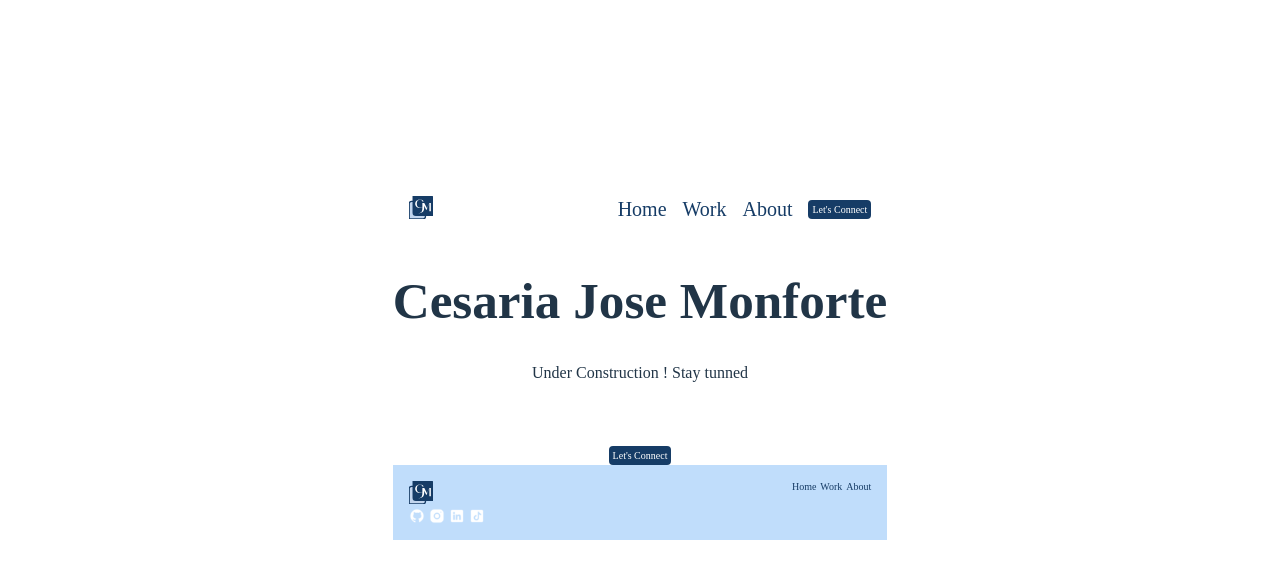
Repository: CesariaMonforte/cesariamonforte
Page: /
The author's editor kept a copy of each file at every save. The page is drawn from the files as they stood at one save, then again after the next save.
The browser window is 1280 px wide. The pictures show the whole page.
The project was rebuilt for these pictures with package versions that can differ from the ones it lists, and the page was loaded fresh each time. Also part of the build but not shown: vite.config.js.

Above is the page before, as saved 2026-01-25 14:25:32.

### index.html
<!doctype html>
<html lang="en">
  <head>
    <meta charset="UTF-8" />
    <link rel="icon" type="image/svg+xml" href="/Logo.svg" />
    <meta name="viewport" content="width=device-width, initial-scale=1.0" />
    <title>cesariamonforte</title>
  </head>
  <body>
    <div id="root"></div>
    <script type="module" src="/src/main.jsx"></script>
  </body>
</html>

### src/index.css
a {
    font-weight: 500;
    color: #163c66;
    text-decoration: inherit;
}
a:hover {
    color: #535bf2;
}

body {
    margin: 0;
    display: flex;
    place-items: center;
    min-width: 320px;
    min-height: 100vh;
}

h1 {
    font-size: 3.2em;
    line-height: 1.1;
}

button {
    border-radius: 8px;
    border: 1px solid transparent;
    padding: 0.6em 1.2em;
    font-size: 1em;
    font-weight: 500;
    font-family: inherit;
    background-color: #1a1a1a;
    cursor: pointer;
    transition: border-color 0.25s;
}
button:hover {
    border-color: #646cff;
}
button:focus,
button:focus-visible {
    outline: 4px auto -webkit-focus-ring-color;
}

@media (prefers-color-scheme: light) {
    :root {
        color: #213547;
        background-color: #ffffff;
    }
    a:hover {
        color: #747bff;
    }
    button {
        background-color: #f9f9f9;
    }
}

/* ------------------------------------------------------ VARIABLES ------------------------------------------------------ */
:root {
    /* ----- COLORS ----- */
    --primary-50: #ebf4fe;
    --primary-100: #c0ddfb;
    --primary-200: #a2ccf9;
    --primary-300: #78b5f7;
    --primary-400: #5da6f5;
    --primary-500: #3590f3;
    --primary-600: #3083dd;
    --primary-700: #2666ad;
    --primary-800: #1d4f86;
    --primary-900: #163c66;

    --secondary-500: #aadc66;
    --secondary-100: #e5f4d0;
    --secondary-700: #799c48;
    /* -- neutral colors -- */

    --bege-500: #fdf7eb;
    --white: #ffffff;
    --black-500: #060606;
    --black-400: #383838;
    --black-300: #585858;
    --black-200: #8c8c8c;
    --black-100: #b2b2b2;
    --black-50: #e6e6e6;

    /* -- warn colors -- */

    --yellow-500: #ffbf00;
    --orange-500: #ff6600;
    --red-500: #ff2f3d;

    /* ----- TYPE ----- */
    --font-family: "Bricolage Grotesque", sans-serif;

    --font-size-extra-large: 88px;
    --font-size-large: 30px;
    --font-size-extra-medium: 24px;
    --font-size-medium: 20px;
    --font-size-regular: 16px;
    --font-size-small: 12px;
    --font-size-extra-small: 10px;

    --font-style-normal: normal;
    --font-weight-bold: bold;

    --line-height-xxlarge: 100px;
    --line-height-large: 36px;
    --line-height-medium: 28px;
    --line-height-small: 20px;

    /* ----- SPACING ----- */
    --space-extra-small: 4px;
    --space-small: 8px;
    --space-regular: 16px;
    --space-medium: 32px;
    --space-large: 48px;
    --space-extra-large: 140px;
}

### src/App.jsx
import { useState } from "react";
import "./App.css";

import NavBar from "./_ui/NavBar/NavBar";
import Footer from "./_ui/Footer/Footer";
import ConnectBanner from "./_ui/ConnectBanner/ConnectBanner";

import RegButton from "./_ui/RegButton/RegButton";

function App() {
    function handleConnect() {}

    return (
        <div>
            <NavBar />

            <div>
                <h1>Cesaria Jose Monforte</h1>
                <p>Under Construction ! Stay tunned</p>
            </div>

            <ConnectBanner />
            <Footer />
        </div>
    );
}

export default App;

### src/_ui/NavBar/NavBar.jsx
import styles from "./NavBar.module.css";

import RegButton from "../RegButton/RegButton";

function NavBar({}) {
    return (
        <div className={styles.navbar}>
            <div>
                <img
                    src='/Logo.svg'
                    alt='logo'
                    className={styles.logo}
                />
            </div>

            <div className={styles.navLinks}>
                <a href='/'>Home</a>
                <a href='/'>Work</a>
                <a href='/'>About</a>
                <RegButton button_text={"Let's Connect"} />
            </div>
        </div>
    );
}
export default NavBar;

### src/_ui/Footer/Footer.jsx
import styles from "./Footer.module.css";

function Footer({}) {
    return (
        <div className={styles.footer_container}>
            <div className={styles.container_logo_connection}>
                <img
                    src='/Logo.svg'
                    alt='logo'
                    className={styles.logo}
                />
                <div className={styles.connection_links}>
                    <img
                        src='/GitHub.svg'
                        alt='logo'
                        className={styles.connection}
                    />
                    <img
                        src='/Instagram.svg'
                        alt='logo'
                        className={styles.connection}
                    />
                    <img
                        src='/LinkedIn.svg'
                        alt='logo'
                        className={styles.connection}
                    />
                    <img
                        src='/TikTok.svg'
                        alt='logo'
                        className={styles.connection}
                    />
                </div>
            </div>

            <div className={styles.navLinks}>
                <a href='/'>Home</a>
                <a href='/'>Work</a>
                <a href='/'>About</a>
            </div>
        </div>
    );
}
export default Footer;

### src/_ui/ConnectBanner/ConnectBanner.jsx
import styles from "./ConnectBanner.module.css";

import RegButton from "../RegButton/RegButton";

function ConnectBanner() {
    return (
        <div className={styles.banner_container}>
            <h1 className={styles.banner_text}>
                Let’s build meaningful work together
            </h1>
            <RegButton button_text="Let's Connect" />
        </div>
    );
}

export default ConnectBanner;

### src/_ui/RegButton/RegButton.jsx
import styles from "./RegButton.module.css";

function RegButton({ button_text, onclick }) {
    return (
        <>
            <div
                onClick={onclick}
                className={styles.button_reg}>
                {button_text}
            </div>
        </>
    );
}

export default RegButton;

### src/_ui/NavBar/NavBar.module.css
/* Extra small devices  */
@media (min-width: 200px) {
    .navbar {
        display: flex;
        flex-direction: row;
        justify-content: space-between;
        align-items: center;
        padding: 1rem;
        background-color: var(--white);
    }
    .navLinks {
        display: flex;
        flex-direction: row;
        justify-content: space-between;
        align-items: center;
        color: var(--primary-900);
        gap: 1rem;
        font-size: var(--font-size-extra-small);
    }
    .logo {
        width: 24px;
        height: auto;
    }
}

/* Regular iphone and tablet */

@media (min-width: 600px) {
    .navbar {
        display: flex;
        flex-direction: row;
        justify-content: space-between;
        align-items: center;
        padding: 1rem;
        background-color: var(--white);
    }
    .navLinks {
        display: flex;
        flex-direction: row;
        justify-content: space-between;
        align-items: center;
        color: var(--primary-900);
        gap: 1rem;
        font-size: var(--font-size-small);
    }
    .logo {
        width: 24px;
        height: auto;
    }
}

/* Laptops Desktop Devices */
@media (min-width: 900px) {
    .navbar {
        display: flex;
        flex-direction: row;
        justify-content: space-between;
        align-items: center;
        padding: 1rem;
        background-color: var(--white);
    }
    .navLinks {
        display: flex;
        flex-direction: row;
        justify-content: space-between;
        align-items: center;
        color: var(--primary-900);
        gap: 1rem;
        font-size: var(--font-size-medium);
    }
    .logo {
        width: 24px;
        height: auto;
    }
}

/* Extra large Desktop Devices */
@media (min-width: 1300) {
    .navbar {
        display: flex;
        flex-direction: row;
        justify-content: space-between;
        align-items: center;
        padding: 1rem;
        background-color: var(--white);
    }
    .navLinks {
        display: flex;
        flex-direction: row;
        justify-content: space-between;
        align-items: center;
        color: var(--primary-900);
        gap: 1rem;
        font-size: var(--font-size-medium);
    }
    .logo {
        width: 24px;
        height: auto;
    }
}

### src/_ui/Footer/Footer.module.css
/* Extra small devices  */
@media (min-width: 200px) {
    .footer_container {
        display: flex;
        flex-direction: row;

        align-items: flex-start;
        justify-content: space-between;
        padding: 1rem;
        background-color: var(--primary-100);
    }
    .navLinks {
        display: flex;
        flex-direction: row;
        gap: var(--space-extra-small);
        align-items: flex-end;
        color: var(--primary-900);
        font-size: var(--font-size-extra-small);
    }
    .logo {
        width: 24px;
        height: auto;
    }

    .container_logo_connection {
        display: flex;
        flex-direction: column;
        align-items: flex-start;
        gap: var(--space-extra-small);
    }

    .connection_links {
        display: flex;
        flex-direction: row;
        gap: var(--space-extra-small);
    }
    .connection {
        width: 16px;
        height: auto;
    }
}

/* Regular iphone and tablet */

@media (min-width: 600px) {
    .footer_container {
        display: flex;
        flex-direction: row;
        justify-content: space-between;
        align-items: flex-start;
        padding: 1rem;
        background-color: var(--primary-100);
    }
    .navLinks {
        display: flex;
        flex-direction: row;
        gap: var(--space-extra-small);
        align-items: flex-end;
        color: var(--primary-900);
        font-size: var(--font-size-extra-small);
    }
    .logo {
        width: 24px;
        height: auto;
    }

    .container_logo_connection {
        display: flex;
        flex-direction: column;
        align-items: flex-start;
        gap: var(--space-extra-small);
    }

    .connection_links {
        display: flex;
        flex-direction: row;
        gap: var(--space-extra-small);
    }
    .connection {
        width: 16px;
        height: auto;
    }
}

/* Laptops Desktop Devices */
@media (min-width: 900px) {
    .footer_container {
        display: flex;
        justify-content: space-between;
        flex-direction: row;
        align-items: flex-start;
        padding: 1rem;
        background-color: var(--primary-100);
    }
    .navLinks {
        display: flex;
        flex-direction: row;
        gap: var(--space-extra-small);
        align-items: flex-end;
        color: var(--primary-900);
        font-size: var(--font-size-extra-small);
    }
    .logo {
        width: 24px;
        height: auto;
    }

    .container_logo_connection {
        display: flex;
        flex-direction: column;
        align-items: flex-start;
        gap: var(--space-extra-small);
    }

    .connection_links {
        display: flex;
        flex-direction: row;
        gap: var(--space-extra-small);
    }
    .connection {
        width: 16px;
        height: auto;
    }
}

/* Extra large Desktop Devices */
@media (min-width: 1300) {
    .navbar {
        display: flex;
        flex-direction: row;
        justify-content: space-between;
        align-items: center;
        padding: 1rem;
        background-color: var(--white);
    }
    .navLinks {
        display: flex;
        flex-direction: row;
        justify-content: space-between;
        align-items: center;
        color: var(--primary-900);
        gap: 1rem;
        font-size: var(--font-size-medium);
    }
    .logo {
        width: 24px;
        height: auto;
    }
}

### src/_ui/ConnectBanner/ConnectBanner.module.css
.banner_container {
    display: flex;
    flex-direction: column;
    align-items: center;
    background-color: var((--primary-900));
}

.banner_text {
    font-size: var(--font-size-medium);
    color: var(--white);
    text-align: center;
}

### src/_ui/RegButton/RegButton.module.css
.button_reg {
    background-color: var(--primary-900);
    border-radius: var(--space-extra-small);
    color: var(--white);
    font-size: var(--font-size-extra-small);
    padding: var(--space-extra-small);
    width: fit-content;
    height: auto;
}

.button_reg:hover {
    background-color: var(--white);
    border-radius: var(--space-extra-small);
    color: var(--primary-900);
    font-size: var(--font-size-extra-small);
    padding: var(--space-extra-small);
    width: fit-content;
    height: auto;
    border: 1px solid var(--primary-900);
}

Loaded but not shown: src/main.jsx (common file); src/App.css (common file)

After the next save:
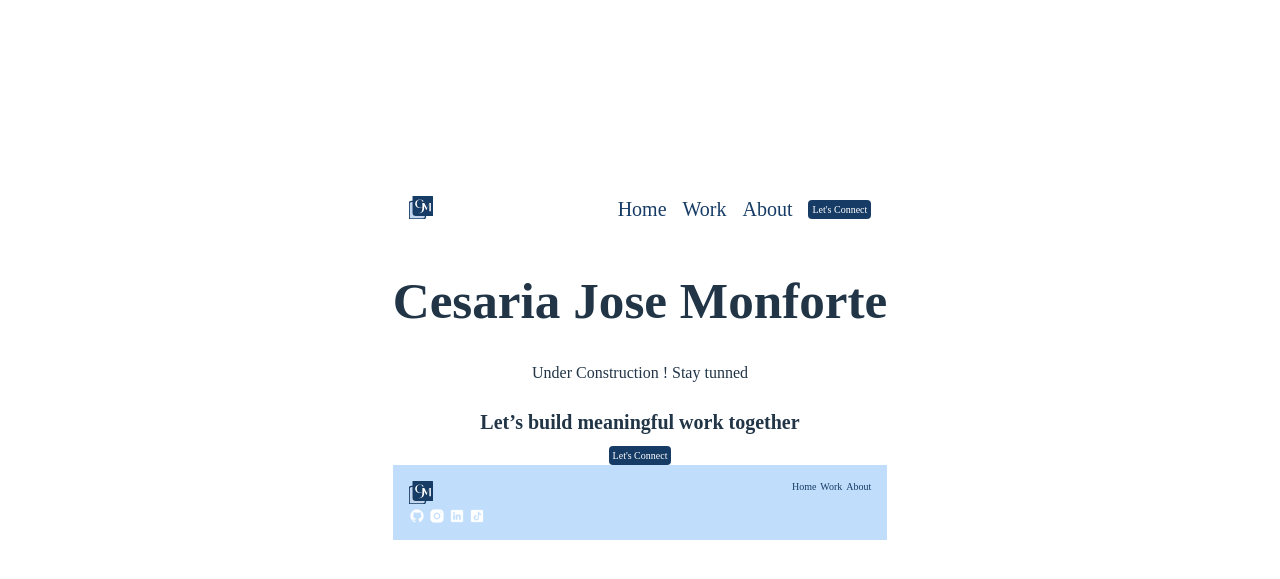
Saved 20 s later.
--- a/src/_ui/ConnectBanner/ConnectBanner.module.css
+++ b/src/_ui/ConnectBanner/ConnectBanner.module.css
@@ -7,6 +7,6 @@
 
 .banner_text {
     font-size: var(--font-size-medium);
-    color: var(--white);
+    color: var(--back);
     text-align: center;
 }
